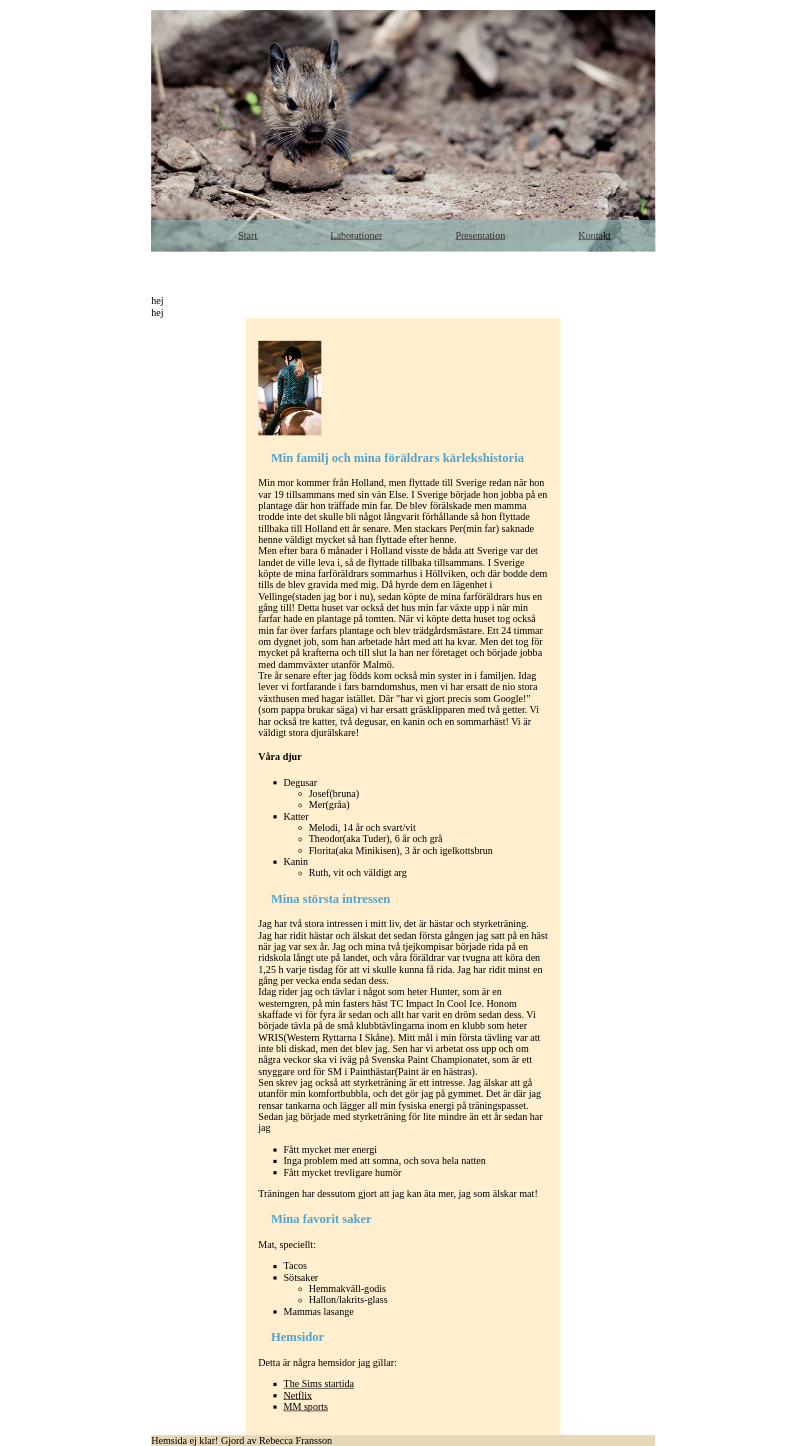
Repository: RebeccaFransson/Interfacedevelopment-1IK415
Page: pages/presentation.html
The author's editor kept a record of every edit. The page is drawn from the files as they stood at one moment, then again after the next edit.
The browser window is 1280 px wide. The pictures show the whole page, at 63% of full size.

Above is the page before.

After the next edit:
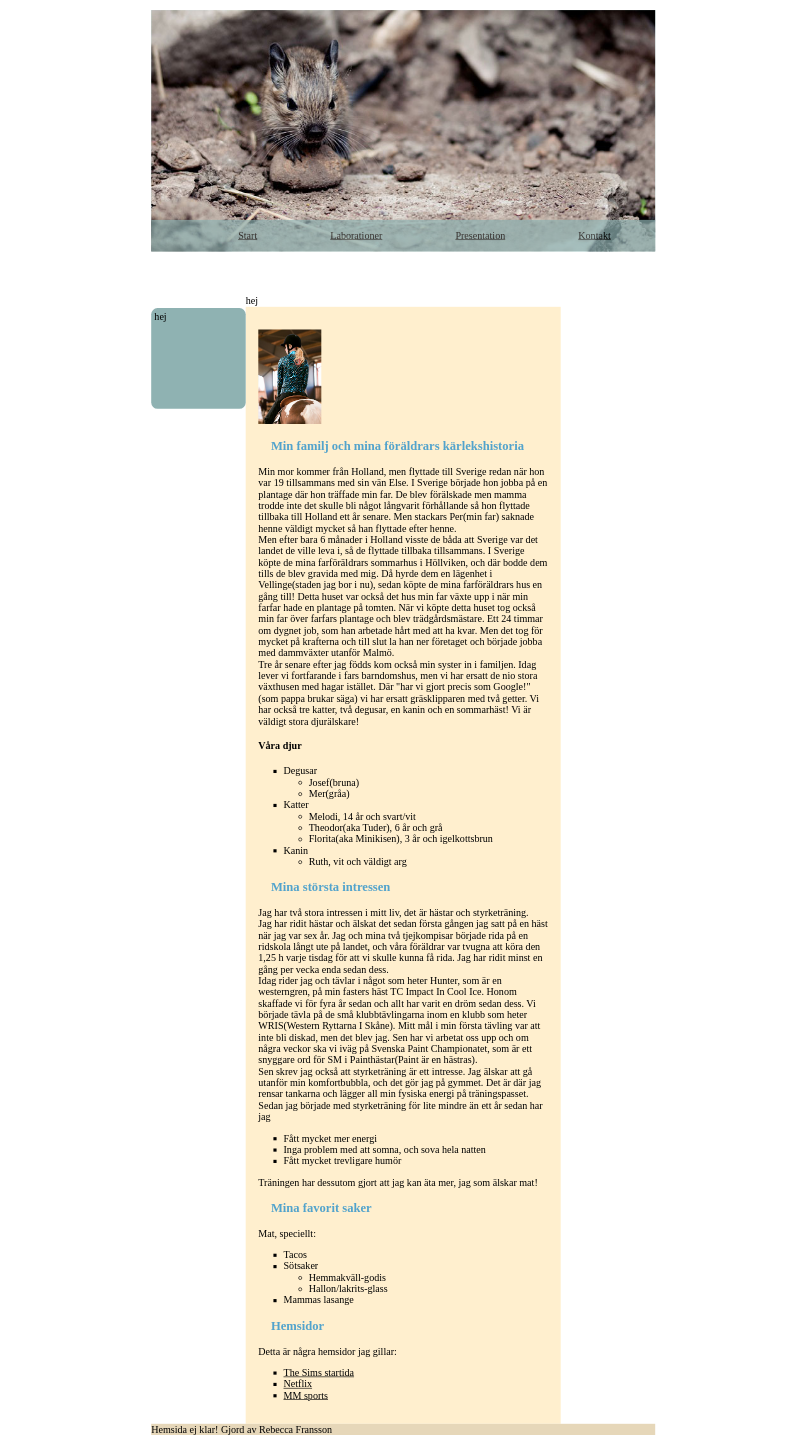
The edit:
--- a/pages/presentation.html
+++ b/pages/presentation.html
@@ -20,7 +20,7 @@
             </ul>
     </div>
 
-    <div id="left-pic">
+    <div class="left pic">
      hej
     </div>
     <div id="right-pic">
